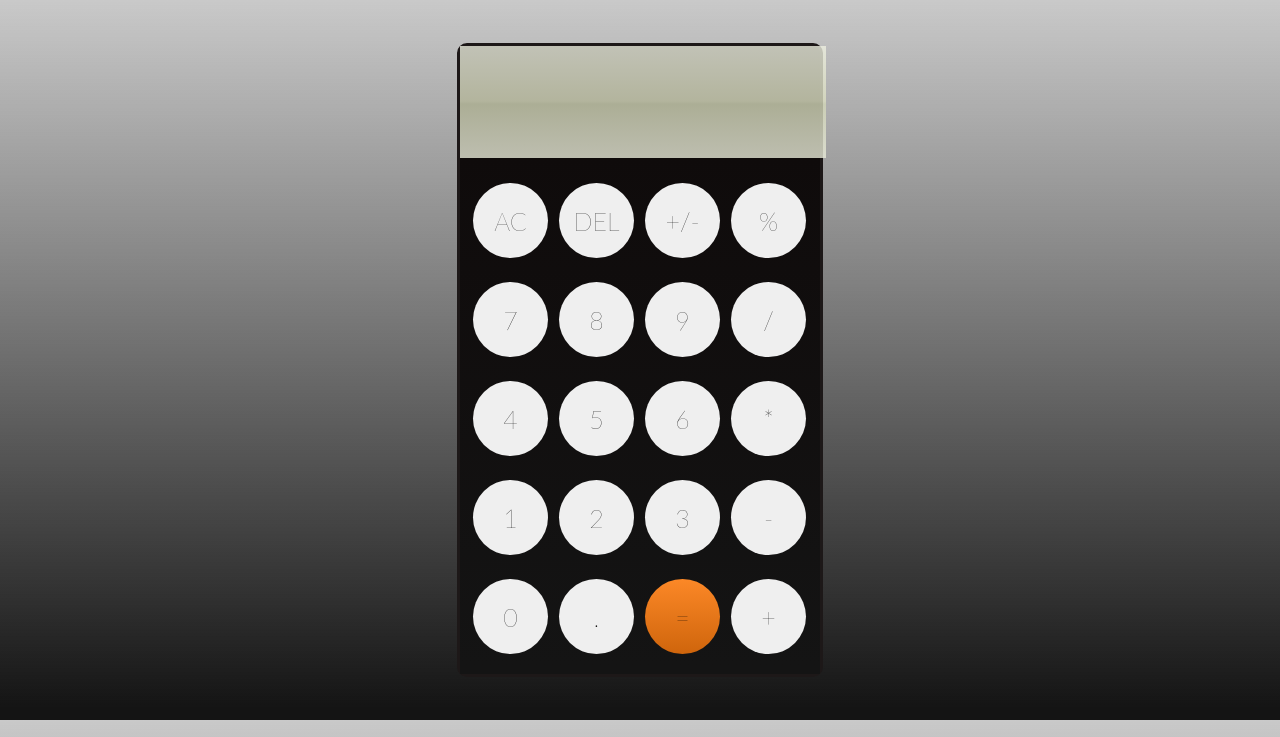
Repository: MhlengiNgubane/BrainnestJsTwo
Page: index.html
An editor plug-in stored every save of this project. The page is shown before and after the next save, followed by the edit.
The browser window is 1280 px wide. The pictures show the whole page.

Above is the page before, as saved 2022-09-12 09:34:05.

### index.html
<!DOCTYPE html>
<html lang="en">
<head>
    <meta charset="UTF-8">
    <meta http-equiv="X-UA-Compatible" content="IE=edge">
    <meta name="viewport" content="width=device-width, initial-scale=1.0">
    <title>CALCULATOR</title>

    <link rel="stylesheet" href="style.css">
</head>
    <body>
        <div class="wrapper">
            <div class="container">
                <input type="text" class="input" value="" disabled />
                <div class="buttons">
                    <button value="AC" class="brown clear">AC</button>
                    <button value="DEL" class="brown delete">DEL</button>
                    <button value="+/-" class="brown plusMinus">+/-</button>
                    <button value="%" class="brown percent">%</button>

                    <button value="7" class="number">7</button>
                    <button value="8" class="number">8</button>
                    <button value="9" class="number">9</button>
                    <button value="/" class="brown operator">/</button>

                    <button value="4" class="number">4</button>
                    <button value="5" class="number">5</button>
                    <button value="6" class="number">6</button>
                    <button value="*" class="brown operator">*</button>

                    <button value="1" class="number">1</button>
                    <button value="2" class="number">2</button>
                    <button value="3" class="number">3</button>
                    <button value="-" class="brown operator">-</button>

                    <button value="0" class="zero number">0</button>
                    <button value="." class="decimal">.</button>
                    <button value="=" class="equal operator">=</button>
                    <button value="+" class="brown operator">+</button>
                </div>
            </div>
        </div>
        <script src="App.js"></script>
    </body>
</html>

### style.css
* {
    border: 0;
    margin: 0;
    padding: 0;
    font-family: 'lato';
    font-weight: 100;
}

body{
    font-family: 'Roboto';
    font-weight: 400;
    background: linear-gradient(360deg, #141414 1.56%, rgba(0, 0, 0, 0.21) 100%);
    width: 100%;
    height: 100vh;
    display: flex;
    flex-direction: column;
    align-items: center;
    justify-content: center;
}



.container{
    align-items: center;
    margin: auto;
    margin-top: 60px;
    width: 360px;
    border: 20px;
    border: 3px solid #1d1818;
    background-color: #130e0e;
    border-radius: 10px;
    margin-bottom: 60px;
}

.input{
    background: linear-gradient(360deg, #E8EAD8 0%, #D2D6B7 48.12%, #DBDEC1 50.76%, #EDEFE0 100%);
    width: 94%;
    min-height: 65px;
    padding: 0 14px;
    text-align:  end;
    font-size: 48px;
    line-height: 112px;
    display: flex;
    align-items: center;
    justify-content: end;
    color: #000000;
    opacity: 0.8;
    outline: none;
    border: none;
}

.buttons{
    display: grid;
    grid-template-columns: repeat(4, 1fr);
    row-gap: 10px;
    column-gap: 10px;
    background: linear-gradient(360deg, #141414 1.56%, rgba(0, 0, 0, 0.21) 100%);
    padding: 18px 13px 13px 13px;
}

button{
    border: 1;
    outline: none;
    height: 75px;
    width: 75px;
    border-radius: 70px;
    text-align: center;
    margin-top: 7px;
    margin-bottom: 7px;
    font-size: 25px;
}

.grey{
    background: linear-gradient(180deg, #7F878C 0%, #4C5154 100%);
}


.equal{
    background: linear-gradient(180deg, #FC8827 0%, #CF650C 100%);
}

@media(max-width: 430px){
    .wrapper{
        width: 100%;
        height: 100%;
        border-radius: 0;
    }

    .buttons{
        row-gap: 5px;
        column-gap: 5px;
        background: linear-gradient(360deg, #141414 1.56%, rgba(0, 0, 0, 0.21) 100%);
        padding: 18px 13px 13px 13px;
    }


}

### App.js
/* Add two numbers */
function add(firstNumber, secondNumber){
  return firstNumber + secondNumber;
}
/* subtract two numbers */
function subtract(firstNumber, secondNumber){
  return firstNumber - secondNumber;
}
/* multiply two numbers */
function multiply(firstNumber, secondNumber){
  return firstNumber * secondNumber;
}
/* divide two numbers */
function divide(firstNumber, secondNumber){
  return firstNumber / secondNumber;
}
/* Make the operations */
function operate(operator, firstNumber, secondNumber){
  if(operator === '+'){
      return add(firstNumber, secondNumber);
  }
  else if(operator === '-'){
      return subtract(firstNumber, secondNumber);
  }
  else if(operator === '*'){
      return multiply(firstNumber, secondNumber);
  }
  else if(operator === '/'){
      return divide(firstNumber, secondNumber);
  }
  return secondNumber;
}

const display = document.querySelector('.display');

const calculator = {
  displayValue: '0',
  firstNumber: null,
  operator: null,
  secondNumber: false,
};

function clear() {
  calculator.displayValue = '0';
  calculator.firstNumber = null;
  calculator.operator = null;
  calculator.secondNumber = false;
}

function updateDisplay() {
  display.value = calculator.displayValue;
}

const buttons = document.querySelector('.buttons');
buttons.addEventListener('click', (e) => {
const target = e.target;

  if (!target.matches('button')) {
      return;
  }

  if (target.classList.contains('clear')) {
      clear();
      updateDisplay();
      return;
  }

  if (target.classList.contains('delete')) {
      undo();
      return;
  }

  if (target.classList.contains('plusMinus')) {
      plusMinus();
      return;
  }

  if (target.classList.contains('percent')) {
      percentage();
      return;
  }

  if (target.classList.contains('decimal')) {
      decimal(target.value);
      updateDisplay();
      return;
  }

  if (target.classList.contains('operator')) {
      calculate(target.value);
      updateDisplay();
      return;
  }

      displayNumber(target.value);
      updateDisplay();
});

function undo(){
  display.value = display.value.slice(0, -1);
  calculator.displayValue = display.value;
}

function plusMinus(){
  let displayPlusMinus = calculator.displayValue;
  if(displayPlusMinus >= 0){
      display.value = '-' + displayPlusMinus;
  }
  calculator.displayValue = display.value;
}

function percentage(){
  let displayPercent = calculator.displayValue;
  if(displayPercent != 0){
      display.value = displayPercent / 100;
  }
 calculator.displayValue = display.value;
}

function decimal(dot) {
  if (calculator.secondNumber === true) {
      calculator.displayValue = '0.'
      calculator.secondNumber = false;
      return
  }
  if (!calculator.displayValue.includes(dot)) {
      calculator.displayValue += dot;
  }
}

function displayNumber(number) {
  let displayValue = calculator.displayValue;
  const secondNumber = calculator.secondNumber;

  if (secondNumber === true) {
      calculator.displayValue = number;
      calculator.secondNumber = false;
  }
  else if(displayValue === '0'){
      calculator.displayValue = number;
  }
  else{
      calculator.displayValue = displayValue + number;
  }
}

function calculate(inputOperator) {
  const firstNumber = calculator.firstNumber;
  const displayValue = calculator.displayValue;
  const operator  = calculator.operator;

  const inputValue = parseFloat(displayValue);

  if (operator && calculator.secondNumber)  {
      calculator.operator = inputOperator;
      return;
    }

  if (firstNumber == null) {
      calculator.firstNumber = inputValue;

  } else if (operator) {
      const result = operate(operator, firstNumber, inputValue);
      calculator.displayValue = `${parseFloat(result.toFixed(6))}`;
      calculator.firstNumber = result;
  }
  calculator.secondNumber = true;
  calculator.operator = inputOperator;
  console.log(calculator);
}

After the next save:
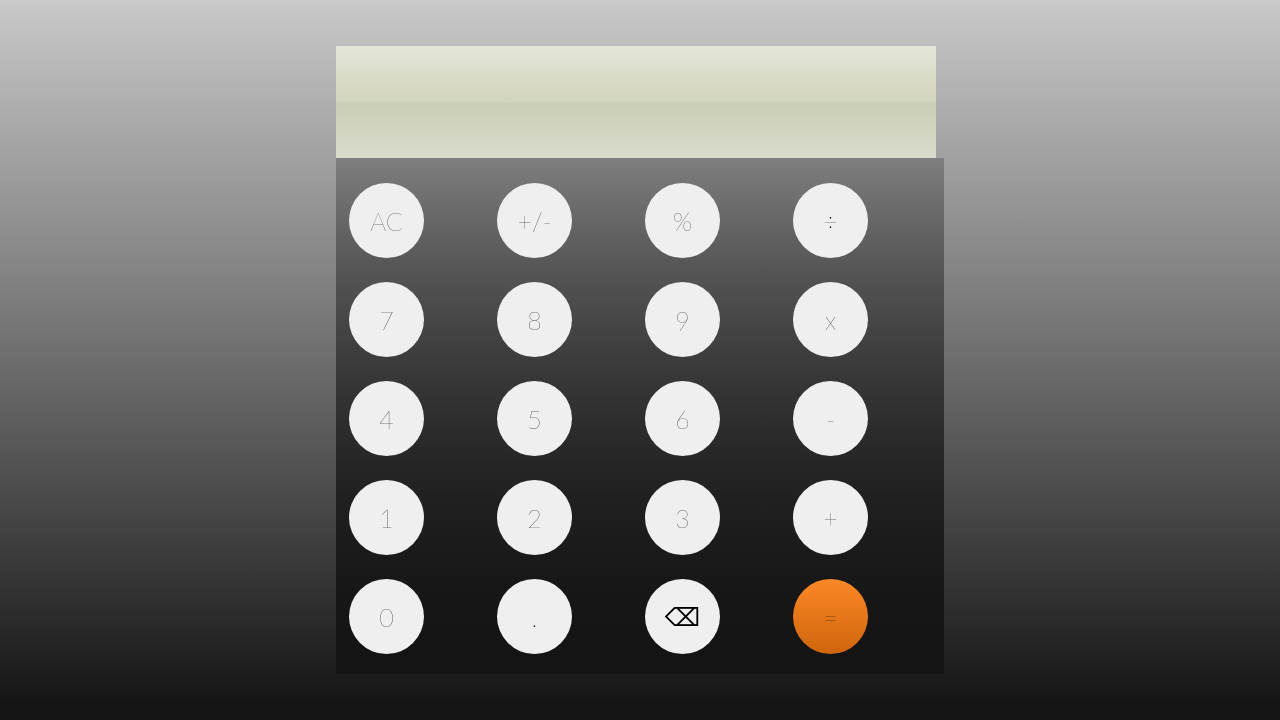
Saved 29 s later.
--- a/index.html
+++ b/index.html
@@ -9,35 +9,33 @@
     <link rel="stylesheet" href="style.css">
 </head>
     <body>
-        <div class="wrapper">
-            <div class="container">
-                <input type="text" class="input" value="" disabled />
-                <div class="buttons">
-                    <button value="AC" class="brown clear">AC</button>
-                    <button value="DEL" class="brown delete">DEL</button>
-                    <button value="+/-" class="brown plusMinus">+/-</button>
-                    <button value="%" class="brown percent">%</button>
+        <div class = "calculator">
+            <input type="text" class="input" value="" disabled />
+            <div class = "buttons">
+                <button id = "AC" class="clear" value="AC">AC</button>
+                <button id = "plus_minus" class="plusMinus" value="+/-">+/-</button>
+                <button id = "percent" value="%">%</button>
+                <button class="operator" value="/">&divide</button>
 
-                    <button value="7" class="number">7</button>
-                    <button value="8" class="number">8</button>
-                    <button value="9" class="number">9</button>
-                    <button value="/" class="brown operator">/</button>
+                <button class = "number" value="7">7</button>
+                <button class = "number" value="8">8</button>
+                <button class = "number" value="9">9</button>
+                <button class="operator" value="*">x</button>
 
-                    <button value="4" class="number">4</button>
-                    <button value="5" class="number">5</button>
-                    <button value="6" class="number">6</button>
-                    <button value="*" class="brown operator">*</button>
+                <button class = "number" value="4">4</button>
+                <button class = "number" value="5">5</button>
+                <button class = "number" value="6">6</button>
+                <button class="operator" value="-">-</button>
 
-                    <button value="1" class="number">1</button>
-                    <button value="2" class="number">2</button>
-                    <button value="3" class="number">3</button>
-                    <button value="-" class="brown operator">-</button>
+                <button class = "number" value="1">1</button>
+                <button class = "number" value="2">2</button>
+                <button class = "number" value="3">3</button>
+                <button class="operator" value="+">+</button>
 
-                    <button value="0" class="zero number">0</button>
-                    <button value="." class="decimal">.</button>
-                    <button value="=" class="equal operator">=</button>
-                    <button value="+" class="brown operator">+</button>
-                </div>
+                <button class = "number" id="zero" value="0">0</button>
+                <button class = "decimal" value=".">.</button>
+                <button class = "backspace" value="backspace">⌫</button>
+                <button class="operator equal" value="=">=</button>
             </div>
         </div>
         <script src="App.js"></script>

After the save that followed:
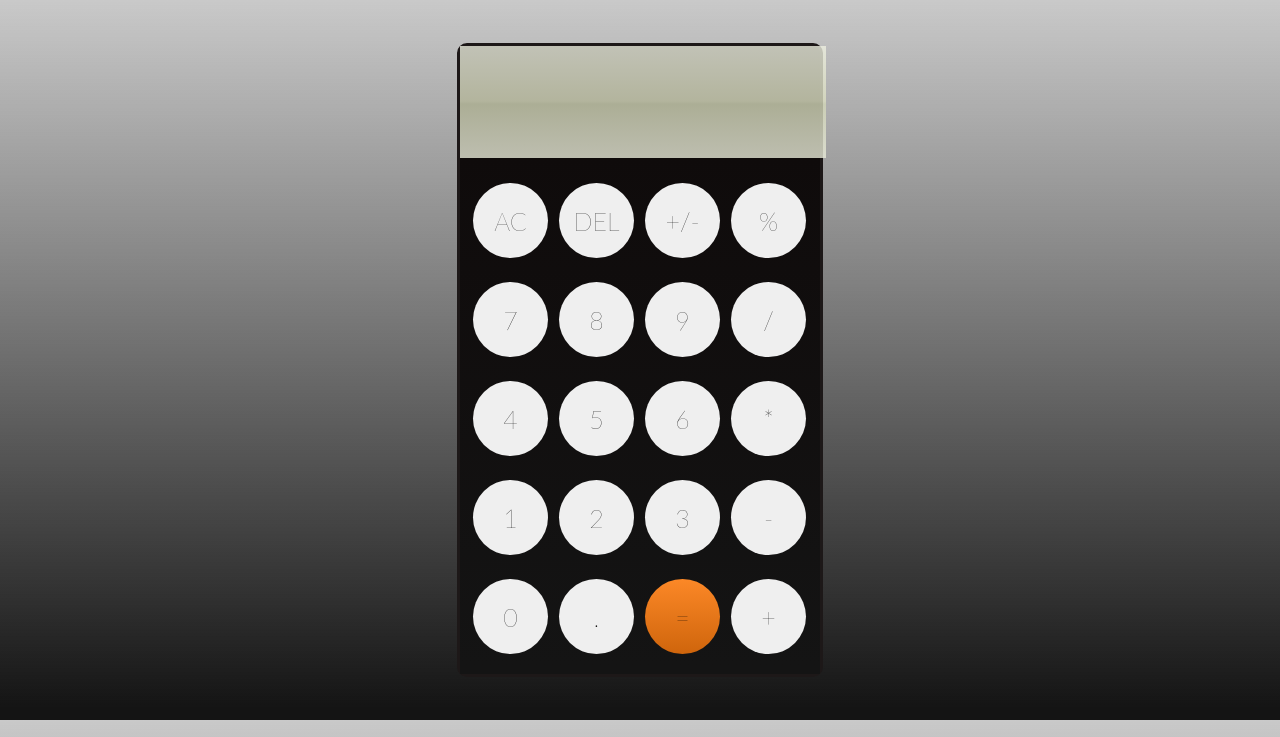
Saved 26 s later.
--- a/index.html
+++ b/index.html
@@ -9,35 +9,37 @@
     <link rel="stylesheet" href="style.css">
 </head>
     <body>
-        <div class = "calculator">
+        <div class="wrapper">
+        <div class="container">
             <input type="text" class="input" value="" disabled />
-            <div class = "buttons">
-                <button id = "AC" class="clear" value="AC">AC</button>
-                <button id = "plus_minus" class="plusMinus" value="+/-">+/-</button>
-                <button id = "percent" value="%">%</button>
-                <button class="operator" value="/">&divide</button>
+            <div class="buttons">
+                <button value="AC" class="brown clear">AC</button>
+                <button value="DEL" class="brown delete">DEL</button>
+                <button value="+/-" class="brown plusMinus">+/-</button>
+                <button value="%" class="brown percent">%</button>
 
-                <button class = "number" value="7">7</button>
-                <button class = "number" value="8">8</button>
-                <button class = "number" value="9">9</button>
-                <button class="operator" value="*">x</button>
+                <button value="7" class="number">7</button>
+                <button value="8" class="number">8</button>
+                <button value="9" class="number">9</button>
+                <button value="/" class="brown operator">/</button>
 
-                <button class = "number" value="4">4</button>
-                <button class = "number" value="5">5</button>
-                <button class = "number" value="6">6</button>
-                <button class="operator" value="-">-</button>
+                <button value="4" class="number">4</button>
+                <button value="5" class="number">5</button>
+                <button value="6" class="number">6</button>
+                <button value="*" class="brown operator">*</button>
 
-                <button class = "number" value="1">1</button>
-                <button class = "number" value="2">2</button>
-                <button class = "number" value="3">3</button>
-                <button class="operator" value="+">+</button>
+                <button value="1" class="number">1</button>
+                <button value="2" class="number">2</button>
+                <button value="3" class="number">3</button>
+                <button value="-" class="brown operator">-</button>
 
-                <button class = "number" id="zero" value="0">0</button>
-                <button class = "decimal" value=".">.</button>
-                <button class = "backspace" value="backspace">⌫</button>
-                <button class="operator equal" value="=">=</button>
+                <button value="0" class="zero number">0</button>
+                <button value="." class="decimal">.</button>
+                <button value="=" class="equal operator">=</button>
+                <button value="+" class="brown operator">+</button>
             </div>
         </div>
+    </div>
         <script src="App.js"></script>
     </body>
 </html>
